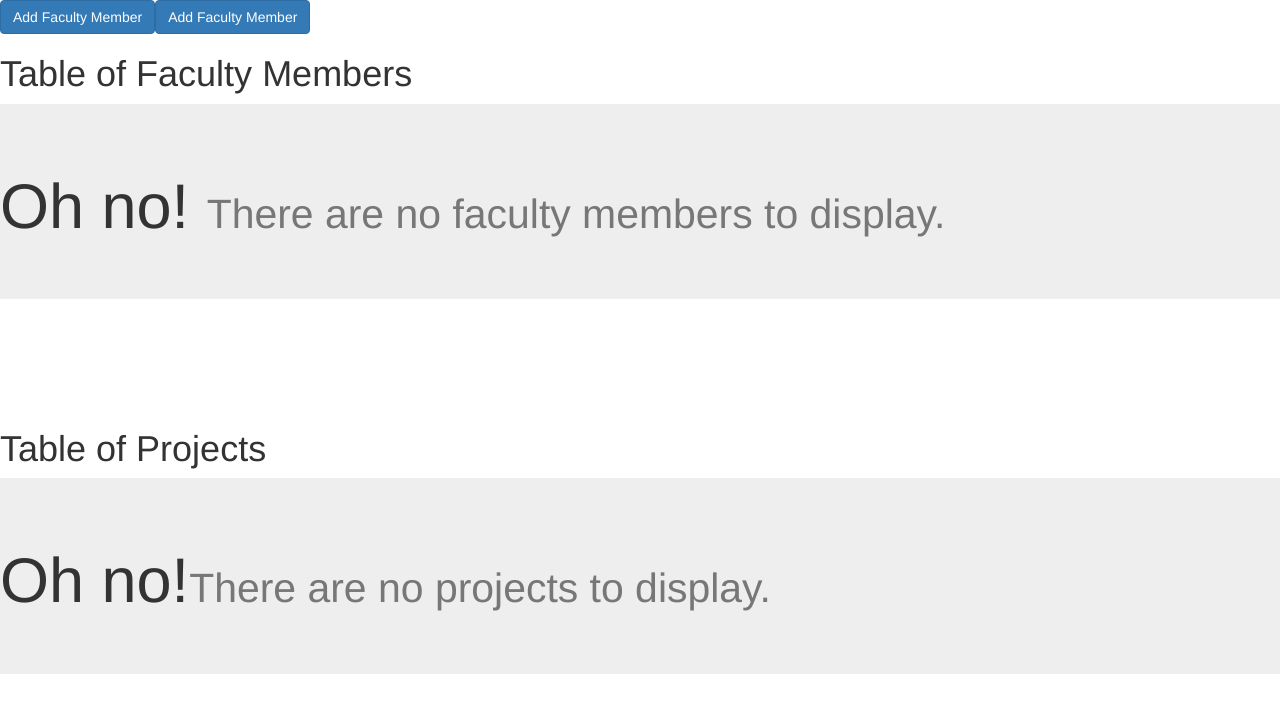
Repository: cpham19/DatabaseSite
Page: http://localhost/database/Table
These files come from the project's save history. The page is drawn as it stood at one moment and after the next save; the edit follows.
The browser window is 1280 px wide. The pictures show the whole page.
The page is served by Tomcat 9. Other server files are loaded and not shown. Queries for data that is not in the repository find no rows.

Above is the page before, as saved 2017-07-30 04:29:05.

### database/src/main/webapp/Table.jsp
<%@ page language="java" contentType="text/html; charset=UTF-8" pageEncoding="UTF-8"%>
<%@ taglib prefix="c" uri="http://java.sun.com/jsp/jstl/core" %>
<%@ taglib prefix="fn" uri="http://java.sun.com/jsp/jstl/functions" %>
<!doctype html>
<html lang="en">
<head>
	<title>Faculty</title>
	<!-- Latest compiled and minified CSS -->
	<link rel="stylesheet" href="https://maxcdn.bootstrapcdn.com/bootstrap/3.3.7/css/bootstrap.min.css" integrity="sha384-BVYiiSIFeK1dGmJRAkycuHAHRg32OmUcww7on3RYdg4Va+PmSTsz/K68vbdEjh4u" crossorigin="anonymous">
</head>
<body>
	<a href="AddFaculty.jsp" class="btn btn-primary" role="button">Add Faculty Member</a><a href="AddProject.jsp" class="btn btn-primary" role="button">Add Faculty Member</a>

	<h1>Table of Faculty Members</h1>
	<c:if test="${empty faculties}">
		<div class="jumbotron">
			<h1>Oh no! <small>There are no faculty members to display.</small></h1>
		</div>
	</c:if>

	<c:if test="${not empty faculties}">
		<c:forEach items="${faculties}" var="faculty">
			<div class="panel panel-default">
	 			<div class="panel-body">
					<h3>${faculty.name} (${faculty.res_spec})
					 <a href="ViewProfessorProject?name=${faculty.name}&ssn=${faculty.ssn}" class="btn btn-primary" role="button">View Projects</a><a href="DeleteFaculty?id=${faculty.id}&ssn=${faculty.ssn}" class="btn btn-danger" role="button">Delete Faculty</a>
					 <br/>
					</h3>
					<p>Gender: ${faculty.gender} | Age: ${faculty.age} | SSN : ${faculty.ssn}</p>
						<form action="AddProjectToProf" method="post">
								<input type="text" id="prof_ssn" name="prof_ssn" value="${faculty.ssn}">
								<input type="text" id="proj_num" name="proj_num" placeholder="Enter project number">
								<button type="submit" class="btn btn-success btn-block">Add Project to Professor</button>
						</form>
			    </div>
			</div>
		</c:forEach>
	</c:if>

	<br/>
	<br/>
	<br/>
	<br/>

    <h1>Table of Projects</h1>
	<c:if test="${empty projects}">
		<div class="jumbotron">
			<h1>Oh no!<small>There are no projects to display.</small></h1>
		</div>
	</c:if>

	<c:if test="${not empty projects}">
		<c:forEach items="${projects}" var="project">
 			<div class="pane panel-default">
				 <div class = "pane panel-heading"><h1>Project#${project.projectNum} ${project.sponsorName} | Start: ${project.startingDate}  End: ${project.endingDate}  <a href="DeleteProject?id=${project.projectNum}" class="btn btn-danger" role="button">Delete Project</a></h1></div>
			</div>
		</c:forEach>
	</c:if>

</body>
</html>

### database/src/main/java/Table.java
import java.io.IOException;
import java.sql.Connection;
import java.sql.DriverManager;
import java.sql.ResultSet;
import java.sql.SQLException;
import java.sql.Statement;
import java.util.ArrayList;

import javax.servlet.ServletConfig;
import javax.servlet.ServletException;
import javax.servlet.http.HttpServlet;
import javax.servlet.http.HttpServletRequest;
import javax.servlet.http.HttpServletResponse;

public class Table extends HttpServlet
{
	private static final long serialVersionUID = 1L;


	public void init(ServletConfig config) throws ServletException {
		super.init(config);

		try {
			Class.forName("org.postgresql.Driver");
		}
		catch (ClassNotFoundException e) {
			throw new ServletException(e);
		}
	}

	protected void doGet(HttpServletRequest request, HttpServletResponse response) throws ServletException, IOException
	{
		ArrayList<FacultyModel> faculties = new ArrayList<>();
		ArrayList<ProjectModel> projects = new ArrayList<>();

		Connection c = null;
        try
        {
            String url = "jdbc:postgresql://cs1.calstatela.edu:5432/cs4222s29";
            String username = "cs4222s29";
            String password = "Wh0QcrwJ";
            c = DriverManager.getConnection( url, username, password );

            Statement stmt = c.createStatement();

            ResultSet rs = stmt.executeQuery("select * from faculty");

            while (rs.next()) {

            	FacultyModel entry = new FacultyModel(rs.getInt("id"), rs.getString("ssn"), rs.getString("name"), rs.getInt("age"),
            										  rs.getString("gender"), rs.getString("rank"), rs.getString("res_spec"));

            	faculties.add(entry);
 			}

            rs = stmt.executeQuery("select * from project");

            while (rs.next()) {

            	ProjectModel entry = new ProjectModel(rs.getInt("project_num"), rs.getString("sponsor_name"), rs.getString("starting_date"), rs.getString("ending_date"));

            	projects.add(entry);
 			}
        }

        catch( SQLException e ) {

            throw new ServletException( e );

        }

        finally {

            try {

                if( c != null ) c.close();

            }

            catch( SQLException e ) {

                throw new ServletException( e );

            }

        }

        request.setAttribute("faculties", faculties);
        request.setAttribute("projects", projects);

        request.getRequestDispatcher("Table.jsp").forward(request,response);
	}


	protected void doPost(HttpServletRequest request, HttpServletResponse response) throws ServletException, IOException
	{
		doGet(request, response);
	}

}

After the next save:
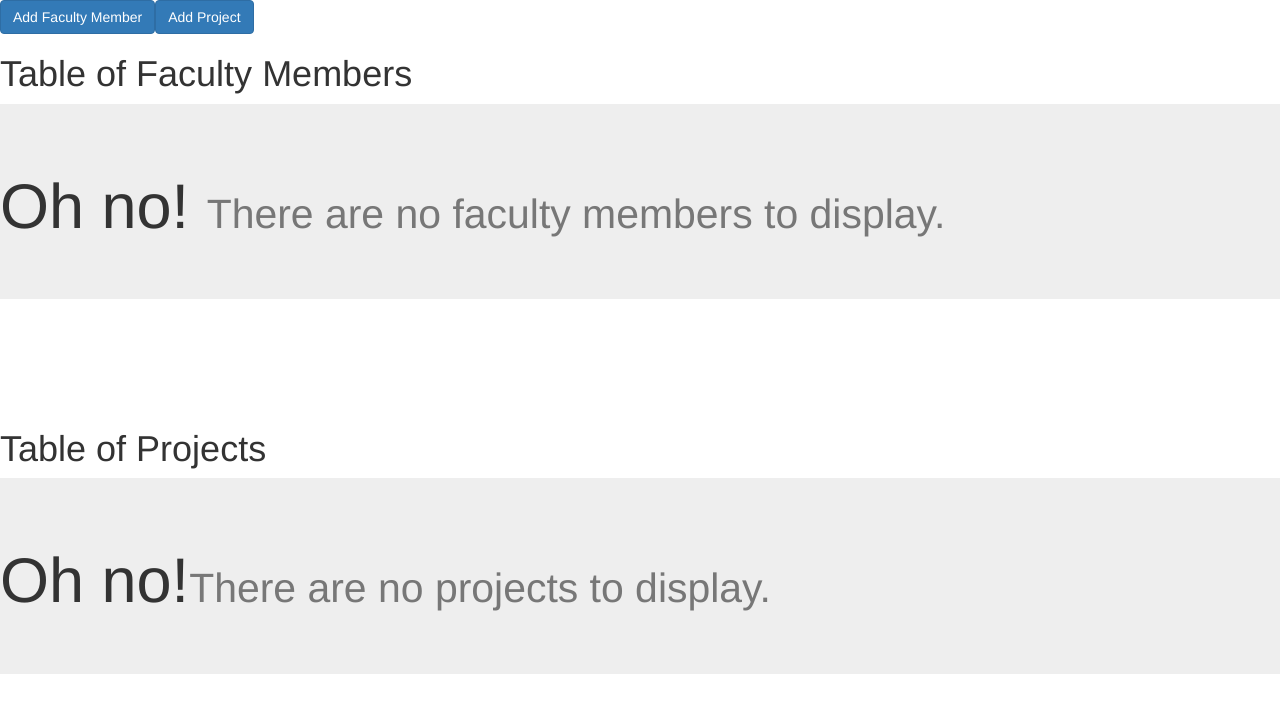
Saved 4 s later.
--- a/database/src/main/webapp/Table.jsp
+++ b/database/src/main/webapp/Table.jsp
@@ -9,7 +9,7 @@
 	<link rel="stylesheet" href="https://maxcdn.bootstrapcdn.com/bootstrap/3.3.7/css/bootstrap.min.css" integrity="sha384-BVYiiSIFeK1dGmJRAkycuHAHRg32OmUcww7on3RYdg4Va+PmSTsz/K68vbdEjh4u" crossorigin="anonymous">
 </head>
 <body>
-	<a href="AddFaculty.jsp" class="btn btn-primary" role="button">Add Faculty Member</a><a href="AddProject.jsp" class="btn btn-primary" role="button">Add Faculty Member</a>
+	<a href="AddFaculty.jsp" class="btn btn-primary" role="button">Add Faculty Member</a><a href="AddProject.jsp" class="btn btn-primary" role="button">Add Project</a>
 
 	<h1>Table of Faculty Members</h1>
 	<c:if test="${empty faculties}">
